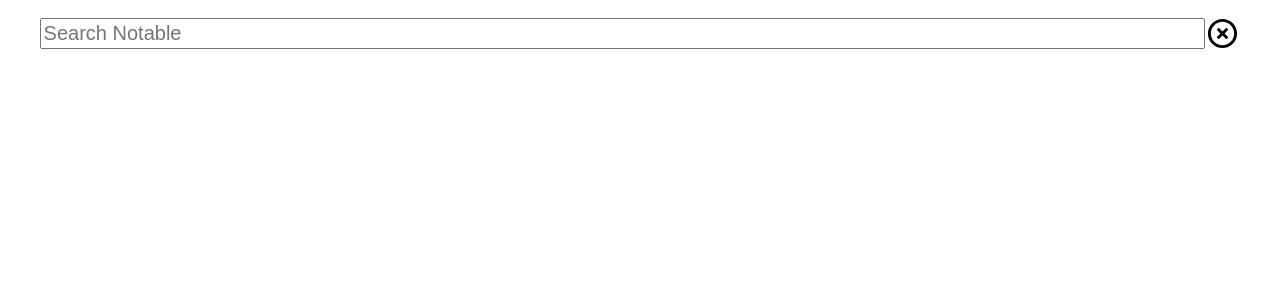
Repository: cvsschaitanya/test
Page: /
The author's editor kept a copy of each file at every save. The page is drawn from the files as they stood at one save, then again after a run of saves.
The browser window is 1280 px wide. The pictures show the whole page.
The project was rebuilt for these pictures with package versions that can differ from the ones it lists, and the page was loaded fresh each time.

Above is the page before, as saved 2021-10-21 01:37:42.

After the next 2 saves:
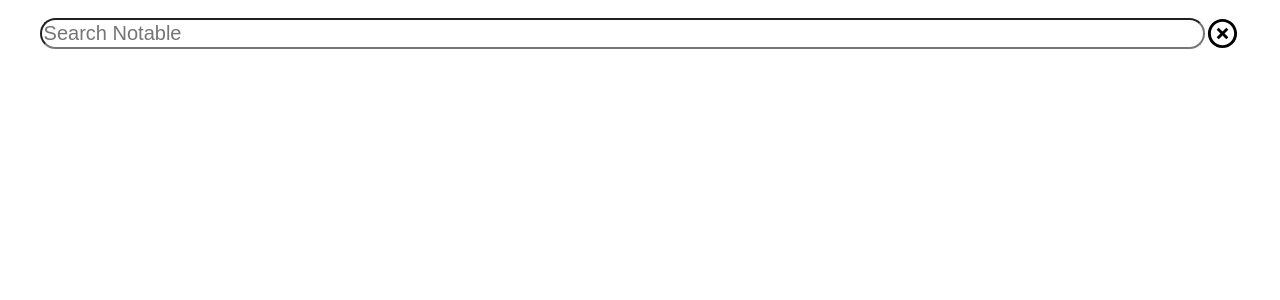
The 2 saves are shown as one change because they came seconds apart.
The last was saved 18 s later.
--- a/src/components/NavBar.css
+++ b/src/components/NavBar.css
@@ -31,7 +31,7 @@ button:hover {
 	display: flex;
 	justify-content: center;
 	align-items: center;
-	border-radius: %;
+	border-radius: 25px;
 }
 
 .NavBar .Home {
